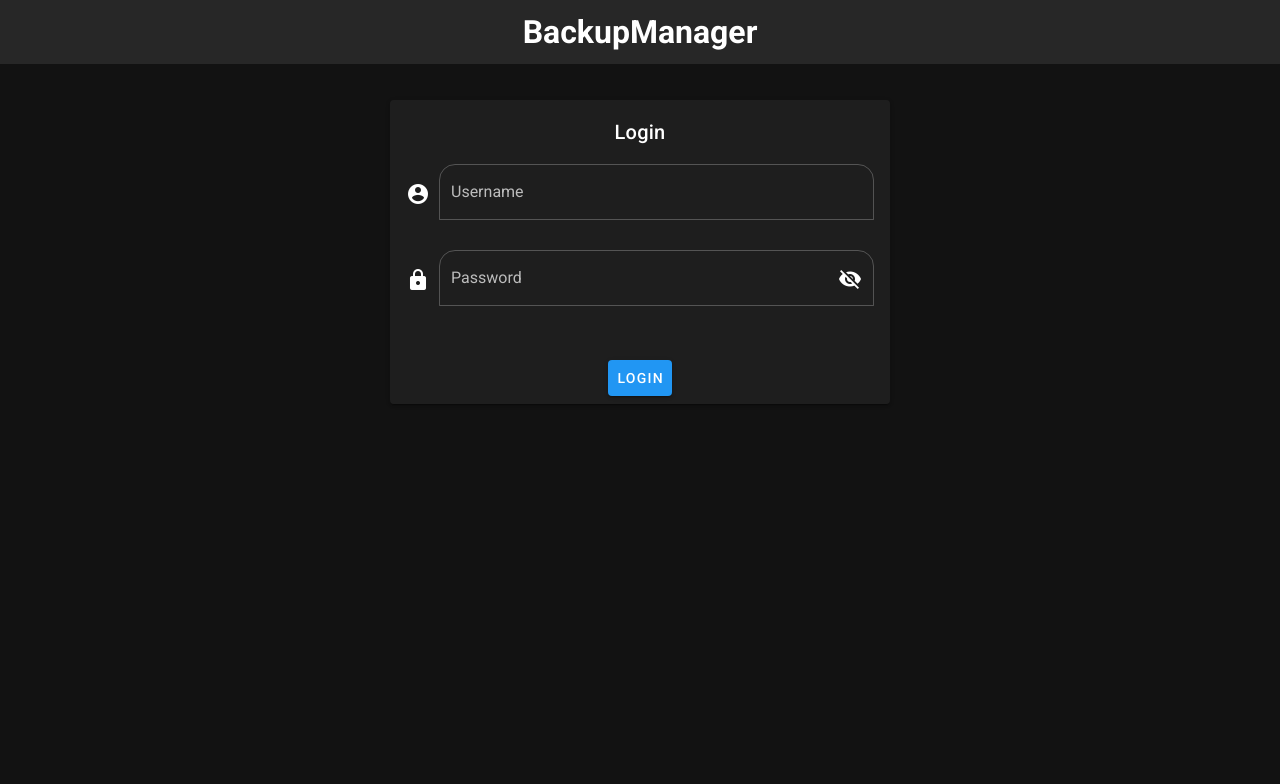
Repository: Erik966/Backup-Manager-Frontend
Page: /
The author's editor kept a copy of each file at every save. The page is drawn from the files as they stood at one save, then again after the next save.
The browser window is 1280 px wide. The pictures show the whole page.
The project was rebuilt for these pictures with package versions that can differ from the ones it lists, and the page was loaded fresh each time. Also part of the build but not shown: vue.config.js, src/components/Navigation.vue, src/views/secure.vue, src/components/Settings.vue, src/views/settings.vue.

Above is the page before, as saved 2023-01-17 00:49:26.

### public/index.html
<!DOCTYPE html>
<html lang="en">
  <head>
    <meta charset="utf-8">
    <meta http-equiv="X-UA-Compatible" content="IE=edge">
    <meta name="viewport" content="width=device-width,initial-scale=1.0">
    <!--link rel="icon" href="<%= BASE_URL %>favicon.ico"-->
    <title>Homepagename</title>
    <link rel="stylesheet" href="https://fonts.googleapis.com/css?family=Roboto:100,300,400,500,700,900">
    <link rel="stylesheet" href="https://cdn.jsdelivr.net/npm/@mdi/font@latest/css/materialdesignicons.min.css">
  </head>
  <body>
    <noscript>
      <strong>We're sorry but <!--%= htmlWebpackPlugin.options.title %--> doesn't work properly without JavaScript enabled. Please enable it to continue.</strong>
    </noscript>
    <div id="app"></div>
    <!-- built files will be auto injected -->
  </body>
</html>

### src/App.vue
<template>
  <v-app>
    <div >
    <v-toolbar dark class="justify-center">
      <v-row>
        <v-col class="justify-center">
          <h1 align="center">BackupManager</h1>
        </v-col>
        <!-- <v-col class="text-right">
          <v-btn to="/">Login</v-btn>
          <v-btn to="/secure">Secure</v-btn>
        </v-col> -->
      </v-row>

    </v-toolbar>
  </div>
    <router-view/>
  </v-app>
</template>

<script>

export default {
  name: 'App',

  data: () => ({
    //
  }),
  methods: {

  },
};
</script>
<style scoped>

</style>

### src/router/index.js
import Vue from 'vue'
import VueRouter from 'vue-router'
import login from '../views/Login.vue'
import secure from '../views/secure.vue'
import settings from '../views/settings.vue'


Vue.use(VueRouter)

const routes = [
  {
    path: '/',
    name: 'login',
    component: login
  },
  {
    path: '/secure',
    name: 'secure',
    component: secure
  },
  {
    path: '/settings',
    name: 'settings',
    component: settings
  }

]

const router = new VueRouter({
  mode: 'history',
  base: process.env.BASE_URL,
  routes
})

export default router

### src/plugins/vuetify.js
import Vue from 'vue';
import Vuetify from 'vuetify/lib/framework';

Vue.use(Vuetify);

export default new Vuetify({
    theme: { dark: true },
    icons: {
        iconfont: 'mdiSvg',
      },
});

### src/views/Login.vue
<template>
  <Login />
</template>

<script>
  import Login from '../components/Login'

  export default {
    //name: 'Home',

    components: {
      Login,
    },
  }
</script>

### src/components/Login.vue
<template>
<v-app>
    <v-main>
       <v-alert
       border="left"
                color="red"
                type="warning"
              :value="failed"
            >
              The username or the password is incorrect.
            </v-alert>
      <v-card width="500" class="mx-auto mt-9">
        <v-card-title class="justify-center">Login</v-card-title>

        <v-card-text>
          <v-text-field outlined shaped v-model="username" label="Username" prepend-icon="mdi-account-circle"/>
          <v-text-field
          outlined shaped
          v-model="password"
          label="Password"
          :type="showPassword ? 'text' : 'password'"
          prepend-icon="mdi-lock"
          :append-icon="showPassword ? 'mdi-eye' : 'mdi-eye-off'"
          @click:append="showPassword = !showPassword"/>
        </v-card-text>

        <v-card-actions class="justify-center">
          <v-btn color="info" @click="login()">Login</v-btn>
        </v-card-actions>

      </v-card>
    </v-main>
</v-app>
</template>

<script>
import axios from 'axios';
import CryptoJS from "crypto-js";

export default {
  data()
  {
    return{
      username: "",
      password: "",
      showPassword:false,
      failed: false
    }
  },
  props: {
  },
   methods: {

    getRandomInt(max) {
      return Math.floor(Math.random() * max);
    },

    power(x, n, p){
      let res = 1;
      for (let i = 1; i <= n; i++) res = (res * x) % p;
      return res;
    },

    login() {


      axios.post('http://localhost:5000/login_name', {username: this.username}).then(res => {
          if (res.status === 200) {
            let x = this.getRandomInt(res.data.P-1);
            let X = this.power(res.data.G, x,res.data.P);

             localStorage.setItem("ka", this.power(res.data.Y, x, res.data.P).toString());

             localStorage.setItem("username", this.username)

             axios.post('http://localhost:5000/key', {username: this.username, X: X.toString(10)}).then(res => {
                if (res.status === 200) {
                  console.log("Key exchange");

                  let user = {
                      username: this.username,
                      password: CryptoJS.AES.encrypt(this.password, localStorage.getItem("ka")).toString()
                    }

                  axios.post('http://localhost:5000/login', user)
                      .then(res => {
                        //if successfull
                        if (res.status === 200) {
                          localStorage.setItem('token', res.data.token);
                          localStorage.setItem("key_diff", CryptoJS.AES.decrypt(res.data.secret, localStorage.getItem("ka")).toString(CryptoJS.enc.Utf8));
                          console.log("T" + localStorage.getItem("key_diff"))
                          this.$router.push('/secure');
                        }
                      }, err => {
                        this.failed = true;
                        console.log(err.response);
                      })
                    }
                  }, err => {
                    console.log(err.response);
                    return;
                  })
              }
            }, err => {
              console.log(err.response);
              return;
            })

    }
  }
}
</script>

<!-- Add "scoped" attribute to limit CSS to this component only -->
<style scoped>
h3 {
  margin: 40px 0 0;
}
ul {
  list-style-type: none;
  padding: 0;
}
li {
  display: inline-block;
  margin: 0 10px;
}
a {
  color: #42b983;
}
.h1 {
  size: 40px;
}
.hello {
  text-align: center;
  height: 100%;
  background: #AAAAAA;

}
</style>

### src/components/Secure.vue
// TODO: Component sollte file Explorer nicht Secure heißen ?

<template>
  <v-main>
    <Navigation />

    <h1 align>File Explorer</h1>
    <div class="fileExplorerContainer">
      <v-list dense rounded>
        <v-list-item v-for="item in items2" :key="item.title" link>
          <!-- <v-list-item-icon>
              <v-icon>{{ item.icon }}</v-icon>
            </v-list-item-icon> -->
          <v-list-item-icon>
            <v-icon>{{ item.icon }}</v-icon>
          </v-list-item-icon>
          <v-list-item-content @click="on_item_click(item.number)">
            <v-list-item-title>{{ item.title }}</v-list-item-title>
            <div class="buttonContainer" v-if="item.title != check_val">
              <div>
                <v-btn @click="get_download(item.title)">
                  <v-icon>{{ icons[0] }}</v-icon>
                </v-btn>
              </div>
              <div>
                <v-btn @click="remove_file(item.title)">
                  <v-icon small>mdi-delete</v-icon>
                </v-btn>
              </div>
              <div>
                <v-btn @click="move_file(item.title)">
                  <v-icon small> {{ icons[1] }}</v-icon>
                </v-btn>
              </div>
            </div>
          </v-list-item-content>
        </v-list-item>
      </v-list>
      <div class="consoleContainer">
        <div>
          <v-btn color="primary" elevation="3" raised @click="upload_files()"
            >Upload</v-btn
          >
        </div>
        <div class="fileInput">
          <template>
            <v-file-input
              label="File input"
              outlined
              dense
              filled
              show-size
              multiple
              truncate-length="15"
              background-color="#222222"
              v-model="files_to_upload"
            ></v-file-input>
            <!--             <v-file-input
                  accept=".txt"
                  label="Click here to select a .txt file"
                  outlined
files_to_upload                >  </v-file-input> -->
          </template>
        </div>
        <div>
          <v-text-field solo dark clearable v-model="dirname" label="dirname" dense />
        </div>
        <div>
          <v-btn color="primary" elevation="3" raised @click="mkdir()"
            >MkDir</v-btn
          >
        </div>
      </div>
    </div>
  </v-main>
</template>

<script>
import Navigation from "../components/Navigation.vue";
import CryptoJS from "crypto-js";
import { mdiFolder } from "@mdi/js";
import { mdiCogOutline } from "@mdi/js";
import { mdiLogout } from "@mdi/js";
import { mdiContentCopy } from "@mdi/js";

import axios from "axios";
import { mdiFileAccount } from "@mdi/js";
import { mdiTrayArrowDown } from "@mdi/js";
// import { mdiDownloadCircle } from '@mdi/js';
export default {
  components: {
    Navigation,
  },
  data: () => ({
    currentPath: [],
    files_to_upload: "",
    drawer: null,
    failed: false,
    check_val: "..",
    copy_path: "",
    copy_name: "",
    dirname: "",
    icons: [mdiTrayArrowDown, mdiContentCopy],
    items: [
      { title: "File Explorer", icon: mdiFolder },
      { title: "Settings", icon: mdiCogOutline },
      { title: "Logout", icon: mdiLogout },
    ],
    items2: [],
  }),
  created() {
    //user is not authorized
    if (localStorage.getItem("token") === null) {
      this.$router.push("/");
    }
  },
  mounted() {
    this.get_files();
  },
  methods: {
    on_item_click(number_item) {
      console.log("reached muss");
      var clicked_item = this.items2[number_item];
      console.log(clicked_item);
      if (!clicked_item["directory"]) return;
      if (clicked_item["title"] == "..") {
        this.currentPath.pop();
        this.get_files();
        return;
      }
      this.currentPath.push(clicked_item["title"]);
      this.get_files();
    },

    get_files() {
      let data = new FormData();

      console.log("D" +  localStorage.getItem("username") );
      console.log("D" + localStorage.getItem("key_diff"));
      data.append("secret", CryptoJS.AES.encrypt(localStorage.getItem("username") + localStorage.getItem("key_diff"),localStorage.getItem("ka")).toString() )
      data.append("username", localStorage.getItem("username"))
      data.append("directory", this.currentPath);
      data.append("auth", localStorage.getItem("token"));
      axios.post("http://localhost:5000/fileexplorer", data).then(
        (res) => {
          if (res.status === 200) {
            console.log("HE");
            localStorage.setItem("key_diff", CryptoJS.AES.decrypt(res.data.secret, localStorage.getItem("ka")).toString(CryptoJS.enc.Utf8));
            console.log(res.data);
            let file_list = res.data.file_list;
            this.items2 = [];
            this.items2.push({
              title: "..",
              directory: true,
              icon: mdiFolder,
              number: this.items2.length,
            });
            for (var i = 0; i < file_list.length; i++) {
              let new_val = {
                title: file_list[i]["name"],
                directory: file_list[i]["directory"],
                icon: mdiFileAccount,
                number: this.items2.length,
              };
              if (new_val["directory"]) {
                new_val["icon"] = mdiFolder;
              }
              this.items2.push(new_val);
            }
          }
        },
        (err) => {
          this.currentPath.pop();
          this.failed = true;
          console.log(err.response);
          this.error = err.response.data.error;
        }
      );
    },
    remove_file(filename) {
      let data = new FormData();

       data.append("secret", CryptoJS.AES.encrypt(localStorage.getItem("username") + localStorage.getItem("key_diff"),localStorage.getItem("ka")).toString() )
      data.append("username", localStorage.getItem("username"))
      data.append("directory", this.currentPath);
      data.append("delete_file", filename);
      data.append("auth", localStorage.getItem("token"));
      axios
        .post("http://localhost:5000/remove_file", data)
        .then((response) => {
          localStorage.setItem("key_diff", CryptoJS.AES.decrypt(response.data.secret, localStorage.getItem("ka")).toString(CryptoJS.enc.Utf8));
          console.log(response);
          this.get_files();
        })
        .catch(console.error);
    },
    mkdir() {
      console.log(this.dirname);
      if (this.dirname === "") return;
      console.log("ok");
      let data = new FormData();

       data.append("secret", CryptoJS.AES.encrypt(localStorage.getItem("username") + localStorage.getItem("key_diff"),localStorage.getItem("ka")).toString() )
      data.append("username", localStorage.getItem("username"))
      data.append("directory", this.currentPath);
      data.append("dirname", this.dirname);
      data.append("auth",  localStorage.getItem("token"));
      axios.post("http://localhost:5000//mkdir", data).then((response) => {
        console.log(response);
        localStorage.setItem("key_diff", CryptoJS.AES.decrypt(response.data.secret, localStorage.getItem("ka")).toString(CryptoJS.enc.Utf8));
        this.get_files();
      });
      this.dirname = "";
    },
    get_download(filename) {
      let data = new FormData();

      data.append("secret", CryptoJS.AES.encrypt(localStorage.getItem("username") + localStorage.getItem("key_diff"),localStorage.getItem("ka")).toString() )
      data.append("username", localStorage.getItem("username"))
      data.append("directory", this.currentPath);
      data.append("download", filename);
      data.append("auth", localStorage.getItem("token"));
      axios
        .get("http://localhost:5000/download", {
          responseType: "blob",
          params: {
            directory: this.currentPath,
            file_name: filename,
            auth: localStorage.getItem("token"),
            username: localStorage.getItem("username"),
            secret: CryptoJS.AES.encrypt(localStorage.getItem("username") + localStorage.getItem("key_diff"),localStorage.getItem("ka")).toString(),

          },
        })
        .then((response) => {
          localStorage.setItem("key_diff", localStorage.getItem("key_diff") + "1");
          const url = window.URL.createObjectURL(new Blob([response.data]));
          const link = document.createElement("a");
          link.href = url;
          link.setAttribute("download", "download.zip");
          document.body.appendChild(link);
          link.click();
        })
        .catch(console.error);
    },
    upload_files() {
      // was ist das problem ?
      console.log(this.files_to_upload);

      let data = new FormData();
      for (var i = 0; i < this.files_to_upload.length; i++) {
        let file = this.files_to_upload[i];
        data.append("files" + i, file);
      }
       data.append("secret", CryptoJS.AES.encrypt(localStorage.getItem("username") + localStorage.getItem("key_diff"),localStorage.getItem("ka")).toString() )
      data.append("username", localStorage.getItem("username"))
      data.append("auth", localStorage.getItem("token"));
      data.append("directory", this.currentPath);
      axios.post("http://localhost:5000//upload", data).then((response) => {
        console.log(response);
        this.get_files();
        localStorage.setItem("key_diff", CryptoJS.AES.decrypt(response.data.secret, localStorage.getItem("ka")).toString(CryptoJS.enc.Utf8));
      });
    },
  },
};
</script>

<style>
h1 {
  text-align: center;
}
.fileExplorerContainer {
  padding: 16px;
}
input {
  background-color: #0077ff;
  color: black;
}
.consoleContainer {
  padding-top: 16px;
  display: flex;
  flex-direction: row;
  justify-content: space-between;
  max-width: 600px;
  gap: 10px;
}
.buttonContainer {
  padding-top: 8px;
  display: flex;
  flex-direction: row;
  justify-content: flex-start;
  gap: 16px;
}
.fileInput {
  width: 240px;
}
</style>

Loaded but not shown: src/main.js (common file)

After the next save:
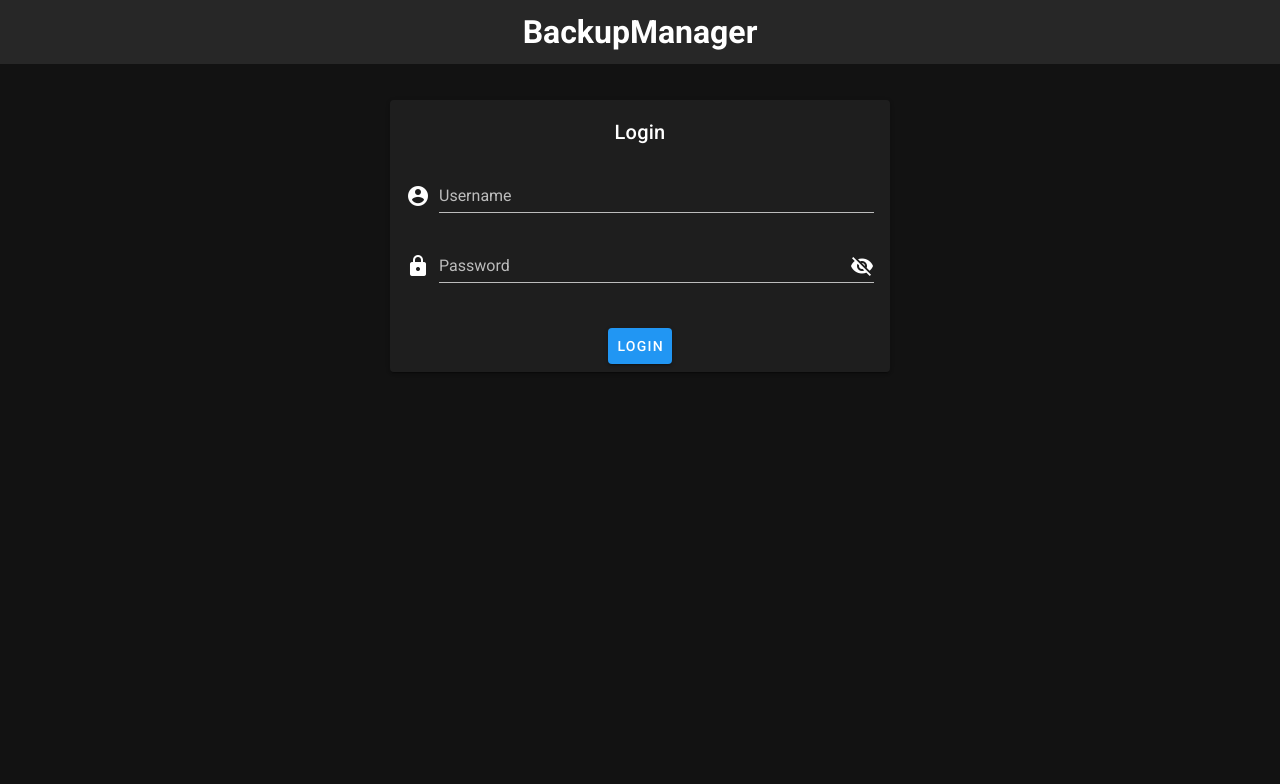
Saved 11 s later.
--- a/src/components/Login.vue
+++ b/src/components/Login.vue
@@ -13,9 +13,9 @@
         <v-card-title class="justify-center">Login</v-card-title>
 
         <v-card-text>
-          <v-text-field outlined shaped v-model="username" label="Username" prepend-icon="mdi-account-circle"/>
+          <v-text-field  shaped v-model="username" label="Username" prepend-icon="mdi-account-circle"/>
           <v-text-field
-          outlined shaped
+           shaped
           v-model="password"
           label="Password"
           :type="showPassword ? 'text' : 'password'"

After the save that followed:
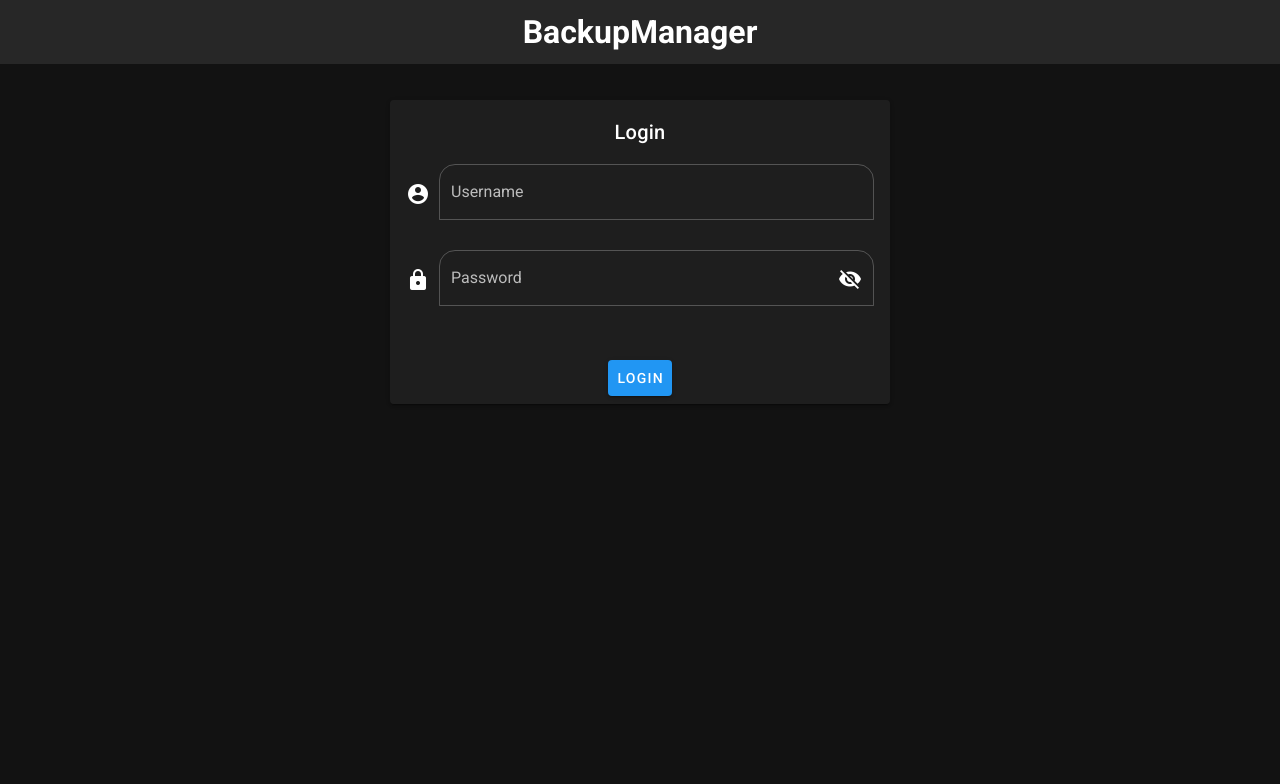
Saved 6 s later.
--- a/src/components/Login.vue
+++ b/src/components/Login.vue
@@ -13,9 +13,9 @@
         <v-card-title class="justify-center">Login</v-card-title>
 
         <v-card-text>
-          <v-text-field  shaped v-model="username" label="Username" prepend-icon="mdi-account-circle"/>
+          <v-text-field outlined shaped v-model="username" label="Username" prepend-icon="mdi-account-circle"/>
           <v-text-field
-           shaped
+          outlined shaped
           v-model="password"
           label="Password"
           :type="showPassword ? 'text' : 'password'"
